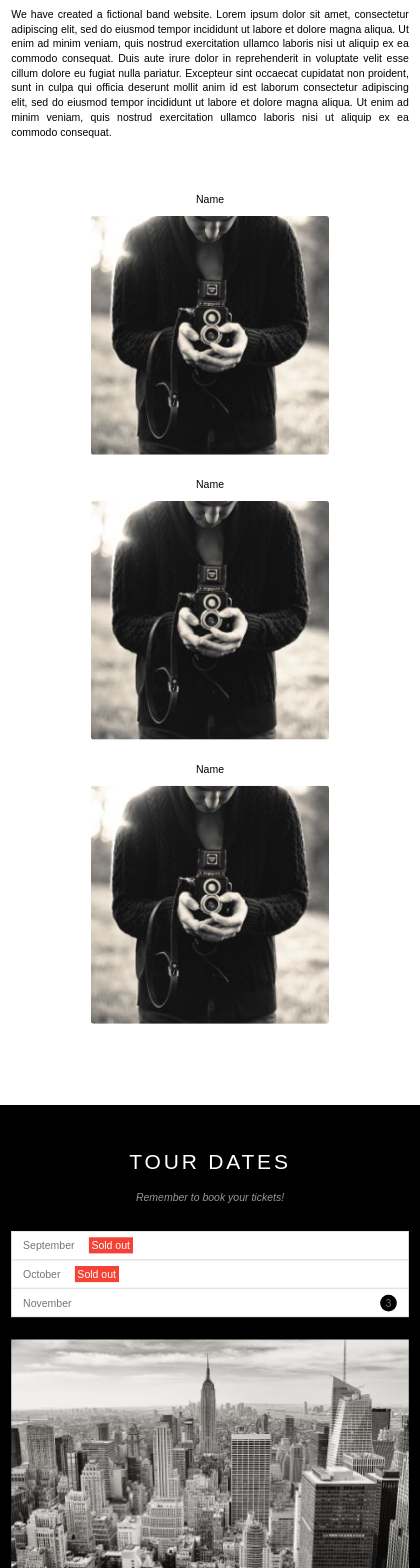
Repository: BrandonTuan777/The_Band
Page: index.html
An editor plug-in stored every save of this project. The page is shown before and after the next save, followed by the edit.
The browser window is 600 px wide. The pictures show the part of the page from y = 502 to 2742 px (the page is 5321 px tall before and 4244 px after), at 70% of full size.

Above is the page before, as saved 2022-04-12 21:30:03.

After the next save:
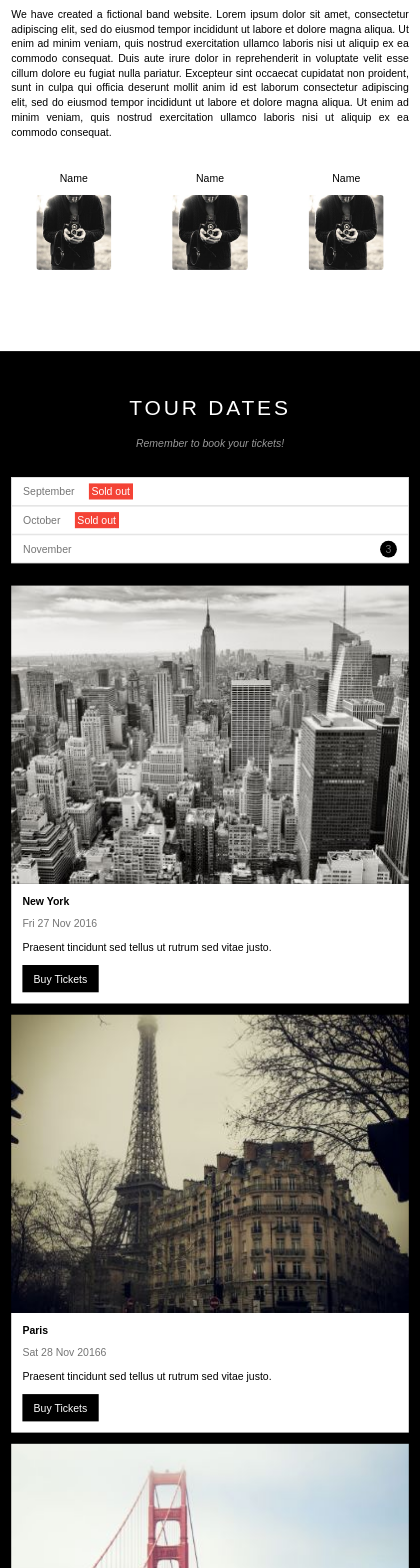
Saved 50 s later.
--- a/assets/css/responsive.css
+++ b/assets/css/responsive.css
@@ -40,10 +40,7 @@
     padding: 5px 41px;
   }
 
-  #content .member-item{
-      margin-top: 30px;
-      width: 100%;
-  }
+
   #content .member-img{
       width: 60%;
   }
